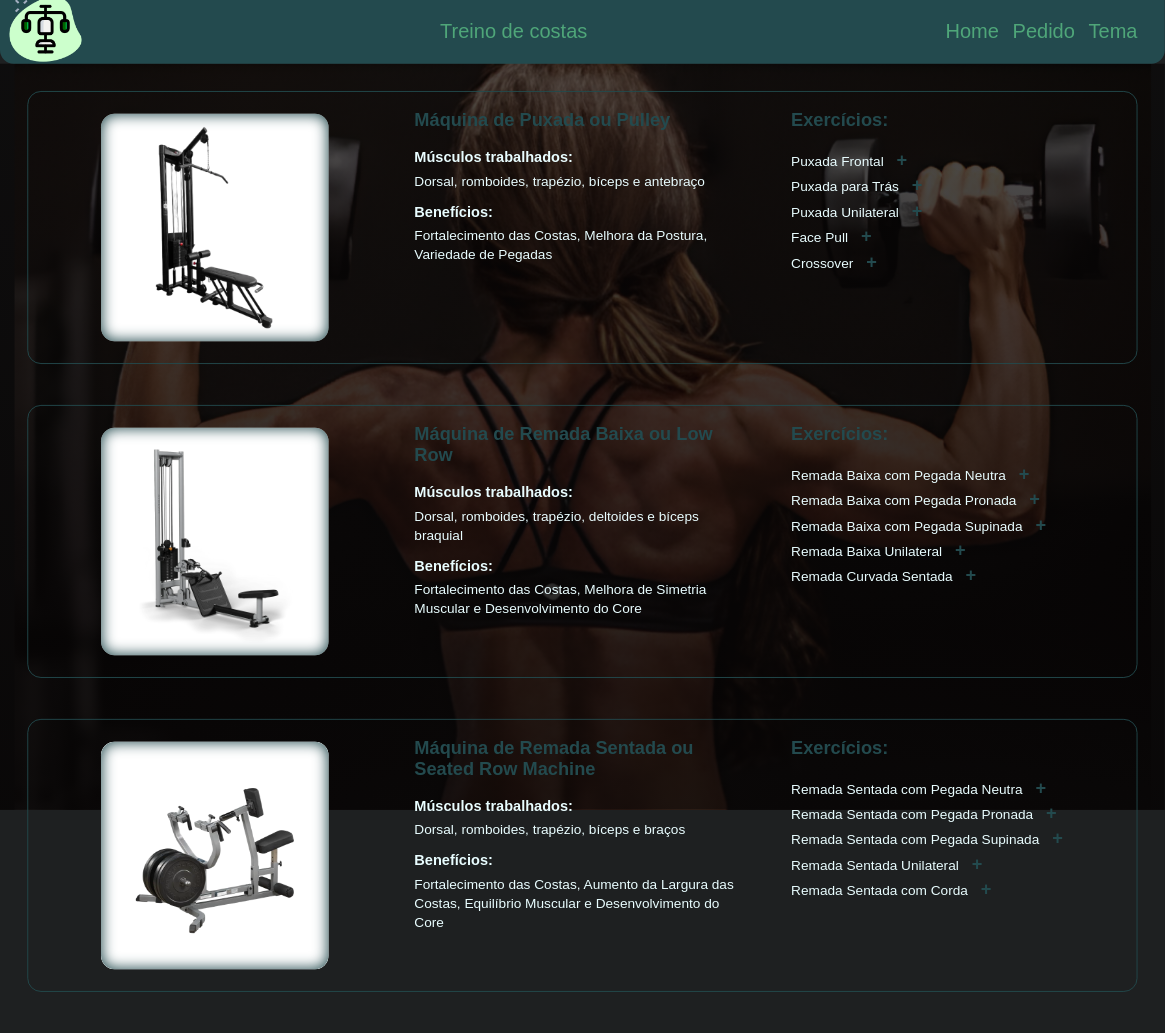
Repository: Marinalr-25/Projeto-Aparelhos-de-Academia
Page: costas.html
An editor plug-in stored every save of this project. The page is shown before and after the next save, followed by the edit.
The browser window is 1280 px wide. The pictures show the whole page, at 91% of full size.
Backgrounds fixed to the window are drawn as part of the page.

Above is the page before, as saved 2025-01-07 18:28:20.
Console error: TypeError: Cannot read properties of null (reading 'addEventListener')

After the next save:
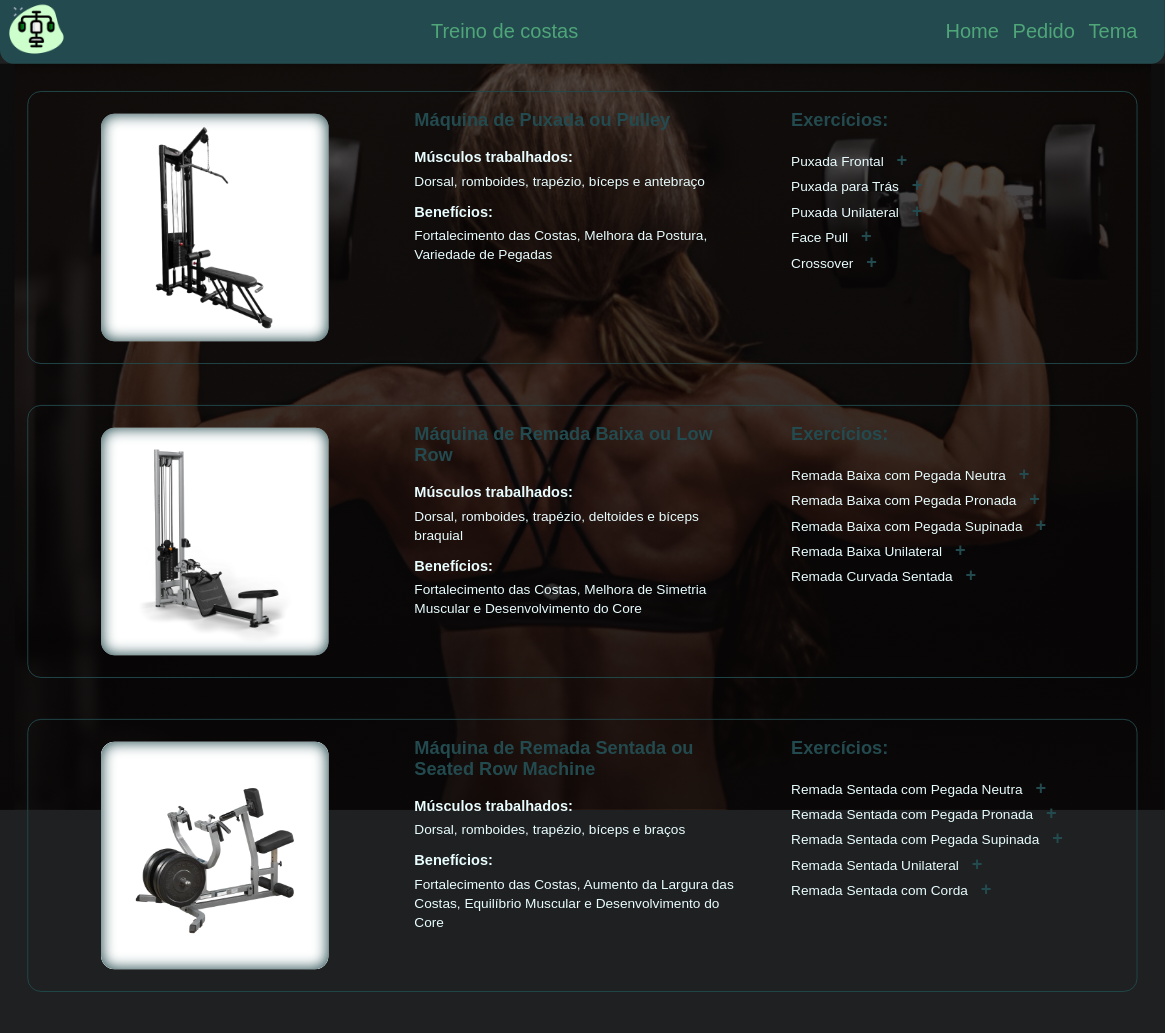
Saved 45 s later.
--- a/css/style.css
+++ b/css/style.css
@@ -51,7 +51,7 @@ body {
     transform: translateY(-120px);
   }
   & .logo {
-    max-width: 8rem;
+    max-width: 6rem;
     width: 10.7vw;
   }
 
